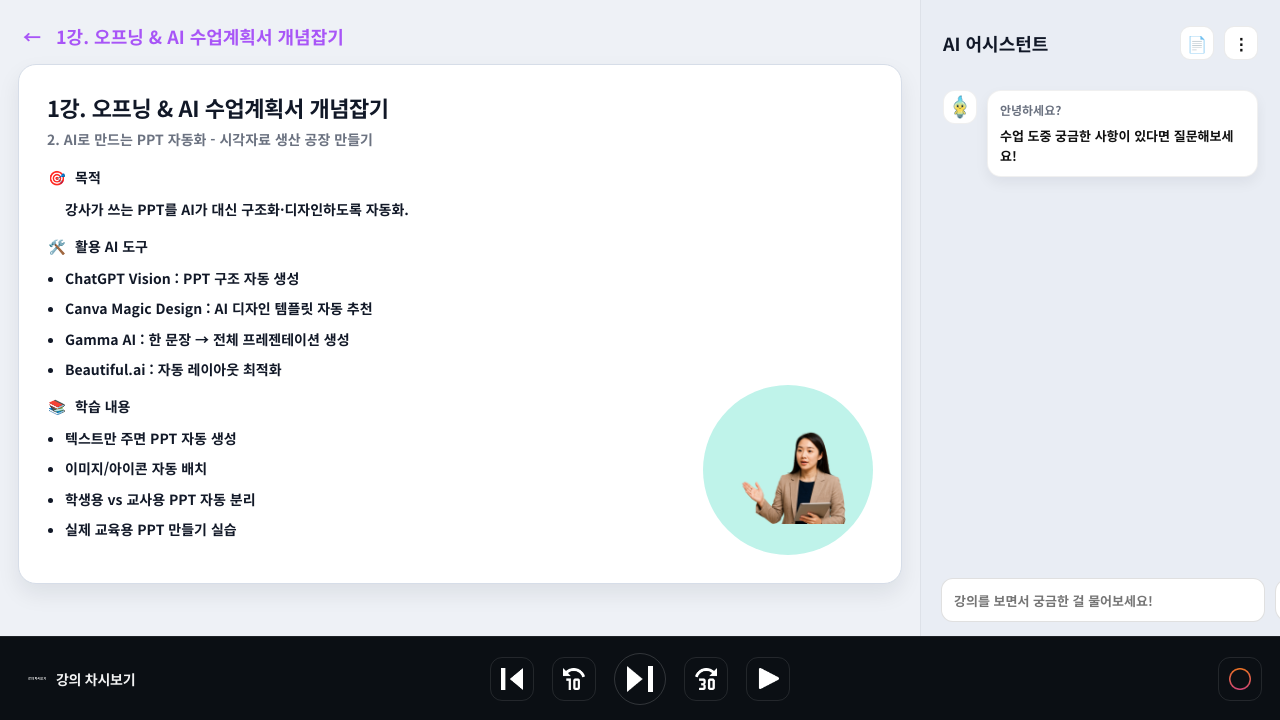
Repository: Iimchaehoon/level_up
Page: player.html
An editor plug-in stored every save of this project. The page is shown before and after the next save, followed by the edit.
The browser window is 1280 px wide. The pictures show the whole page.

Above is the page before, as saved 2025-12-18 21:22:12.

### player.html
<!doctype html>
<html lang="ko">
<head>
  <meta charset="UTF-8" />
  <meta name="viewport" content="width=device-width,initial-scale=1" />
  <title>강의 플레이어 | LEVEL-UP</title>

  <link rel="preconnect" href="https://fonts.googleapis.com" />
  <link rel="preconnect" href="https://fonts.gstatic.com" crossorigin />
  <link href="https://fonts.googleapis.com/css2?family=Noto+Sans+KR:wght@400;500;700;800&display=swap" rel="stylesheet" />

  <style>
    :root{
      --bg:#eef1f6;
      --card:#ffffff;
      --line:#d6dde8;
      --text:#111827;
      --muted:#6b7280;
      --purple:#a855f7;
      --shadow:0 10px 22px rgba(15,23,42,.08);
      --radius:18px;
      --sidebarW:360px;
      --playerH:84px;
    }

    *{ box-sizing:border-box; }
    html,body{ height:100%; }
    body{
      margin:0;
      font-family:"Noto Sans KR",system-ui,-apple-system,BlinkMacSystemFont,"Segoe UI",sans-serif;
      color:var(--text);
      background:var(--bg);
      overflow:hidden; /* 피그마처럼 전체 스크롤 최소화 */
    }
    img{ max-width:100%; display:block; }
    button,input{ font-family:inherit; }
    a{ color:inherit; text-decoration:none; }

    /* ===== 전체 레이아웃 ===== */
    .app{
      height:100vh;
      display:grid;
      grid-template-columns: 1fr var(--sidebarW);
      padding-bottom: var(--playerH); /* 하단 플레이어바 자리 */
    }

    /* ===== 좌측 컨텐츠 ===== */
    .stage{
      position:relative;
      padding:18px 18px 18px 18px;
      overflow:auto;
    }

    .topline{
      display:flex;
      align-items:center;
      gap:10px;
      padding:4px 0 14px;
      color:var(--purple);
      font-weight:800;
      font-size:18px;
    }
    .back{
      width:28px; height:28px;
      border-radius:999px;
      display:grid; place-items:center;
      cursor:pointer;
      user-select:none;
    }
    .back:hover{ background:rgba(168,85,247,.12); }

    .content-card{
      background:var(--card);
      border:1px solid var(--line);
      border-radius: var(--radius);
      box-shadow: var(--shadow);
      padding:26px 28px;
      min-height: 520px;
      position:relative;
    }

    .h1{
      margin:0 0 6px;
      font-size:22px;
      font-weight:900;
      letter-spacing:-0.02em;
    }
    .h2{
      margin:0 0 18px;
      font-size:14px;
      font-weight:700;
      color:var(--muted);
    }

    .sec{
      margin-top:14px;
    }
    .sec-title{
      display:flex;
      align-items:center;
      gap:8px;
      margin:0 0 10px;
      font-weight:900;
      font-size:14px;
    }
    .sec-title .emoji{
      width:20px;
      display:inline-grid;
      place-items:center;
      font-size:14px;
    }
    .bullets{
      margin:0;
      padding-left:18px;
      color:var(--text);
      font-weight:600;
      line-height:1.75;
      font-size:14px;
    }
    .bullets li{ margin:6px 0; }

    /* 우하단 강사 이미지(원형 배경) */
    .teacher-badge{
      position:absolute;
      right:28px;
      bottom:28px;
      width:170px;
      height:170px;
      border-radius:999px;
      background: #bff3ea;
      display:grid;
      place-items:center;
    }
    .teacher-badge img{
      width:145px;
      height:auto;
      transform: translateY(6px);
    }

    /* ===== 우측 AI 어시스턴트 ===== */
    .sidebar{
      background:#e9edf4;
      border-left:1px solid rgba(0,0,0,.05);
      display:flex;
      flex-direction:column;
      padding:16px 14px 14px;
      overflow:hidden;
    }

    .side-head{
      display:flex;
      align-items:center;
      justify-content:space-between;
      padding:10px 8px 12px;
      font-weight:900;
      font-size:18px;
    }
    .side-actions{
      display:flex;
      gap:10px;
      color:#111;
    }
    .iconbtn{
      width:34px;
      height:34px;
      border-radius:10px;
      border:1px solid rgba(0,0,0,.08);
      background:#fff;
      cursor:pointer;
      display:grid;
      place-items:center;
      font-size:16px;
      user-select:none;
    }
    .iconbtn:hover{ background:#f7f8fb; }

    .chat{
      flex:1;
      overflow:auto;
      padding:8px 8px 10px;
    }

    .msg{
      display:flex;
      gap:10px;
      align-items:flex-start;
      margin:10px 0;
    }
    .avatar{
      width:34px;
      height:34px;
      border-radius:12px;
      background:#fff;
      border:1px solid rgba(0,0,0,.06);
      display:grid;
      place-items:center;
      overflow:hidden;
      flex:0 0 auto;
    }
    .avatar img{ width:26px; height:26px; object-fit:contain; }

    .bubble{
      max-width: 92%;
      background:#fff;
      border:1px solid rgba(0,0,0,.06);
      border-radius:14px;
      padding:10px 12px;
      line-height:1.55;
      font-size:13px;
      font-weight:600;
      color:#111;
      box-shadow: 0 6px 14px rgba(15,23,42,.06);
    }
    .bubble .muted{
      color:var(--muted);
      font-weight:700;
      font-size:12px;
      margin-bottom:6px;
      display:block;
    }

    .msg.user{
      justify-content:flex-end;
    }
    .msg.user .bubble{
      background:#111827;
      color:#fff;
      border-color:#111827;
      box-shadow:none;
    }

    .composer{
      padding:10px 6px 0;
      display:flex;
      gap:10px;
      align-items:center;
    }
    .input{
      flex:1;
      height:44px;
      border-radius:12px;
      border:1px solid rgba(0,0,0,.12);
      background:#fff;
      padding:0 12px;
      outline:none;
      font-size:13px;
      font-weight:600;
    }
    .send{
      width:46px;
      height:44px;
      border-radius:14px;
      border:1px solid rgba(0,0,0,.12);
      background:#fff;
      cursor:pointer;
      display:grid;
      place-items:center;
      font-size:18px;
      user-select:none;
    }
    .send:hover{ background:#f7f8fb; }

    /* ===== 하단 플레이어 바 ===== */
    /* ===== 하단 플레이어 바 (조립형) ===== */
.playerbar{
  position:fixed;
  left:0; right:0; bottom:0;
  height: var(--playerH);
  background:#0b0f14;
  z-index:50;
  border-top:1px solid rgba(255,255,255,.08);
  display:flex;
  align-items:center;
  justify-content:center;
}

.pb-inner{
  width: 100%;
  max-width: 1320px;          /* 위 레이아웃 느낌 유지 */
  height: 100%;
  padding: 0 18px;
  display:grid;
  grid-template-columns: 260px 1fr 260px;  /* 좌/중/우 */
  align-items:center;
  gap: 12px;
}

/* 왼쪽 */
.pb-left{
  display:flex;
  align-items:center;
  gap:10px;
  color:#fff;
  background:transparent;
  border:none;
  cursor:pointer;
  padding: 10px 10px;
  border-radius: 10px;
  justify-self:start;
}
.pb-left:hover{ background: rgba(255,255,255,.06); }

.pb-left-text{
  font-weight:800;
  font-size:14px;
  letter-spacing:-0.02em;
  opacity:.95;
}

/* 가운데 버튼들 */
.pb-center{
  display:flex;
  align-items:center;
  justify-content:center;
  gap: 18px;
}

.pb-btn{
  width: 44px;
  height: 44px;
  border-radius: 12px;
  border: 1px solid rgba(255,255,255,.10);
  background: transparent;
  display:grid;
  place-items:center;
  cursor:pointer;
}
.pb-btn:hover{ background: rgba(255,255,255,.06); }
.pb-btn:active{ transform: translateY(1px); }

.pb-btn img{
  width: 22px;
  height: 22px;
  object-fit: contain;
}

/* 재생 버튼만 살짝 강조 */
.pb-play{
  width: 52px;
  height: 52px;
  border-radius: 999px;
  border-color: rgba(255,255,255,.16);
}
.pb-play img{
  width: 26px;
  height: 26px;
}

/* 오른쪽 */
.pb-right{
  display:flex;
  justify-content:flex-end;
  align-items:center;
  gap: 10px;
}
.pb-icon{
  width: 18px;
  height: 18px;
  object-fit:contain;
}

/* 반응형: 좁아지면 좌/우 폭 줄이기 */
@media (max-width: 980px){
  .pb-inner{
    grid-template-columns: 200px 1fr 200px;
  }
}
@media (max-width: 640px){
  .pb-inner{
    grid-template-columns: 150px 1fr 90px;
  }
  .pb-left-text{ display:none; } /* 폰에서 글자 숨김 */
}

    /* 반응형: 좁아지면 사이드 내려가게 */
    @media (max-width: 980px){
      body{ overflow:auto; }
      .app{
        height:auto;
        grid-template-columns: 1fr;
        padding-bottom: var(--playerH);
      }
      .sidebar{
        height: 520px;
      }
    }
  </style>
</head>

<body>
  <div class="app">

    <!-- ===== 좌측 강의 화면 ===== -->
    <section class="stage" aria-label="강의 화면">
      <div class="topline">
        <div class="back" id="backBtn" title="뒤로가기">←</div>
        <div>1강. 오프닝 &amp; AI 수업계획서 개념잡기</div>
      </div>

      <div class="content-card">
        <h1 class="h1">1강. 오프닝 &amp; AI 수업계획서 개념잡기</h1>
        <p class="h2">2. AI로 만드는 PPT 자동화 - 시각자료 생산 공장 만들기</p>

        <div class="sec">
          <p class="sec-title"><span class="emoji">🎯</span> 목적</p>
          <div class="bullets">
            강사가 쓰는 PPT를 AI가 대신 구조화·디자인하도록 자동화.
          </div>
        </div>

        <div class="sec">
          <p class="sec-title"><span class="emoji">🛠️</span> 활용 AI 도구</p>
          <ul class="bullets">
            <li>ChatGPT Vision : PPT 구조 자동 생성</li>
            <li>Canva Magic Design : AI 디자인 템플릿 자동 추천</li>
            <li>Gamma AI : 한 문장 → 전체 프레젠테이션 생성</li>
            <li>Beautiful.ai : 자동 레이아웃 최적화</li>
          </ul>
        </div>

        <div class="sec">
          <p class="sec-title"><span class="emoji">📚</span> 학습 내용</p>
          <ul class="bullets">
            <li>텍스트만 주면 PPT 자동 생성</li>
            <li>이미지/아이콘 자동 배치</li>
            <li>학생용 vs 교사용 PPT 자동 분리</li>
            <li>실제 교육용 PPT 만들기 실습</li>
          </ul>
        </div>

        <!-- 우하단 원형 강사 이미지 -->
        <div class="teacher-badge" aria-hidden="true">
          <img src="./player/image_1917.png" alt="강사" />
        </div>
      </div>
    </section>

    <!-- ===== 우측 AI 어시스턴트 ===== -->
    <aside class="sidebar" aria-label="AI 어시스턴트">
      <div class="side-head">
        <div>AI 어시스턴트</div>
        <div class="side-actions">
          <div class="iconbtn" title="문서">📄</div>
          <div class="iconbtn" title="더보기">⋮</div>
        </div>
      </div>

      <div class="chat" id="chat">
        <div class="msg bot">
          <div class="avatar"><img src="./player/image_1864.png" alt="마스코트" /></div>
          <div class="bubble">
            <span class="muted">안녕하세요?</span>
            수업 도중 궁금한 사항이 있다면 질문해보세요!
          </div>
        </div>
      </div>

      <div class="composer">
        <input id="chatInput" class="input" type="text" placeholder="강의를 보면서 궁금한 걸 물어보세요!" />
        <button id="sendBtn" class="send" type="button" aria-label="전송">➜</button>
      </div>
    </aside>
  </div>

  <!-- ===== 하단 플레이어(이미지 1:1) ===== -->
  <!-- ===== 하단 플레이어(조립형) ===== -->
<div class="playerbar" aria-label="플레이어">
  <div class="pb-inner">
    <!-- 왼쪽: 차시보기 -->
    <button class="pb-left" type="button" aria-label="강의 차시보기">
      <img class="pb-icon" src="./assets/img7.png" alt="" />
      <span class="pb-left-text">강의 차시보기</span>
    </button>

    <!-- 가운데: 재생 컨트롤 -->
    <div class="pb-center" aria-label="재생 컨트롤">
      <button class="pb-btn" type="button" aria-label="이전">
        <img src="./assets/img4.png" alt="" />
      </button>

      <button class="pb-btn" type="button" aria-label="10초 뒤로">
        <img src="./assets/img2.png" alt="" />
      </button>

      <button class="pb-btn pb-play" type="button" aria-label="재생/일시정지">
        <img src="./assets/img3.png" alt="" />
      </button>

      <button class="pb-btn" type="button" aria-label="30초 앞으로">
        <img src="./assets/img6.png" alt="" />
      </button>

      <button class="pb-btn" type="button" aria-label="다음">
        <img src="./assets/img5.png" alt="" />
      </button>
    </div>

    <!-- 오른쪽: (피그마 캡처에 맞춰 아이콘만 자리 확보)
         img1 원형 아이콘을 “더보기/설정” 같은 자리로 쓰는 용도 -->
    <div class="pb-right" aria-label="추가 메뉴">
      <button class="pb-btn" type="button" aria-label="메뉴">
        <img src="./assets/img1.png" alt="" />
      </button>
    </div>
  </div>
</div>


  <script>
    // ===== 뒤로가기(나의 강의로) =====
    document.getElementById("backBtn").addEventListener("click", () => {
      // 네 파일명이 my_lecture.html 이면 그대로, 다르면 수정
      window.location.href = "my_lecture.html";
    });

    // ===== 간단 AI Q&A (수업/강의 관련 키워드 기반) =====
    const chat = document.getElementById("chat");
    const input = document.getElementById("chatInput");
    const sendBtn = document.getElementById("sendBtn");

    // "강의 내용" 기반으로만 답하도록 룰을 잡아줌 (원하는대로 문구 변경 가능)
    function answer(text){
      const t = (text || "").trim().toLowerCase();

      // 빈값
      if(!t) return "질문을 입력해줘! 예: “오늘 강의 목적이 뭐야?”";

      // 범용
      if (t.includes("목적") || t.includes("왜") || t.includes("무슨 목적")) {
        return "이 파트의 목적은 **강사가 쓰는 PPT를 AI가 대신 구조화·디자인하도록 자동화**하는 거야.";
      }
      if (t.includes("도구") || t.includes("툴") || t.includes("사용") || t.includes("뭐로")) {
        return "활용 도구는 **ChatGPT Vision / Canva Magic Design / Gamma AI / Beautiful.ai**야.";
      }
      if (t.includes("chatgpt")) {
        return "ChatGPT Vision은 **PPT 구조(목차/슬라이드 흐름/핵심요약)**을 자동으로 잡아주는 데 좋아.";
      }
      if (t.includes("canva")) {
        return "Canva Magic Design은 **템플릿/레이아웃 추천**으로 디자인 시간을 확 줄여줘.";
      }
      if (t.includes("gamma")) {
        return "Gamma AI는 **한 문장만 줘도 전체 프레젠테이션**을 빠르게 만들어주는 쪽에 강해.";
      }
      if (t.includes("beautiful")) {
        return "Beautiful.ai는 **자동 레이아웃 정렬/정돈**이 강점이라 발표자료 마감 직전에 특히 유용해.";
      }
      if (t.includes("학습") || t.includes("배우는") || t.includes("내용")) {
        return "학습 내용은 **텍스트→PPT 자동 생성 / 이미지·아이콘 자동 배치 / 학생용·교사용 분리 / 교육용 PPT 만들기 실습**이야.";
      }
      if (t.includes("학생") || t.includes("교사용") || t.includes("분리")) {
        return "학생용/교사용 분리는 **표현 난이도·설명량·정답/해설 포함 여부**를 기준으로 AI에게 역할을 나눠서 생성시키면 돼.";
      }
      if (t.includes("질문") || t.includes("프롬프트") || t.includes("예시")) {
        return "예시 프롬프트: “중3 대상 45분 수업, 주제는 OOO. 학생용 10장/교사용 10장으로 나눠서 슬라이드 구조와 핵심 문장, 이미지 아이디어까지 제안해줘.”";
      }

      // 범위 밖 질문 필터(원하면 삭제 가능)
      if (t.includes("정치") || t.includes("주식") || t.includes("날씨")) {
        return "지금은 **수업/강의 관련 질문**에만 답변할 수 있어. 강의 내용으로 질문해줘!";
      }

      // 기본 응답
      return "좋아. 질문을 조금만 더 구체적으로 말해줘! (예: “이번 파트에서 어떤 도구를 쓰는지”, “학습 내용 요약” 등)";
    }

    function addMsg(role, text){
      const row = document.createElement("div");
      row.className = "msg " + (role === "user" ? "user" : "bot");

      if(role !== "user"){
        const av = document.createElement("div");
        av.className = "avatar";
        const img = document.createElement("img");
        img.src = "./player/image_1864.png";
        img.alt = "마스코트";
        av.appendChild(img);

        const bubble = document.createElement("div");
        bubble.className = "bubble";
        bubble.innerHTML = text;

        row.appendChild(av);
        row.appendChild(bubble);
      }else{
        const bubble = document.createElement("div");
        bubble.className = "bubble";
        bubble.textContent = text;
        row.appendChild(bubble);
      }

      chat.appendChild(row);
      chat.scrollTop = chat.scrollHeight;
    }

    function send(){
      const q = input.value.trim();
      if(!q) return;

      addMsg("user", q);
      input.value = "";

      // 살짝 딜레이로 자연스럽게
      setTimeout(() => {
        const a = answer(q);
        addMsg("bot", a);
      }, 250);
    }

    sendBtn.addEventListener("click", send);
    input.addEventListener("keydown", (e) => {
      if(e.key === "Enter") send();
    });
  </script>
</body>
</html>

After the next save:
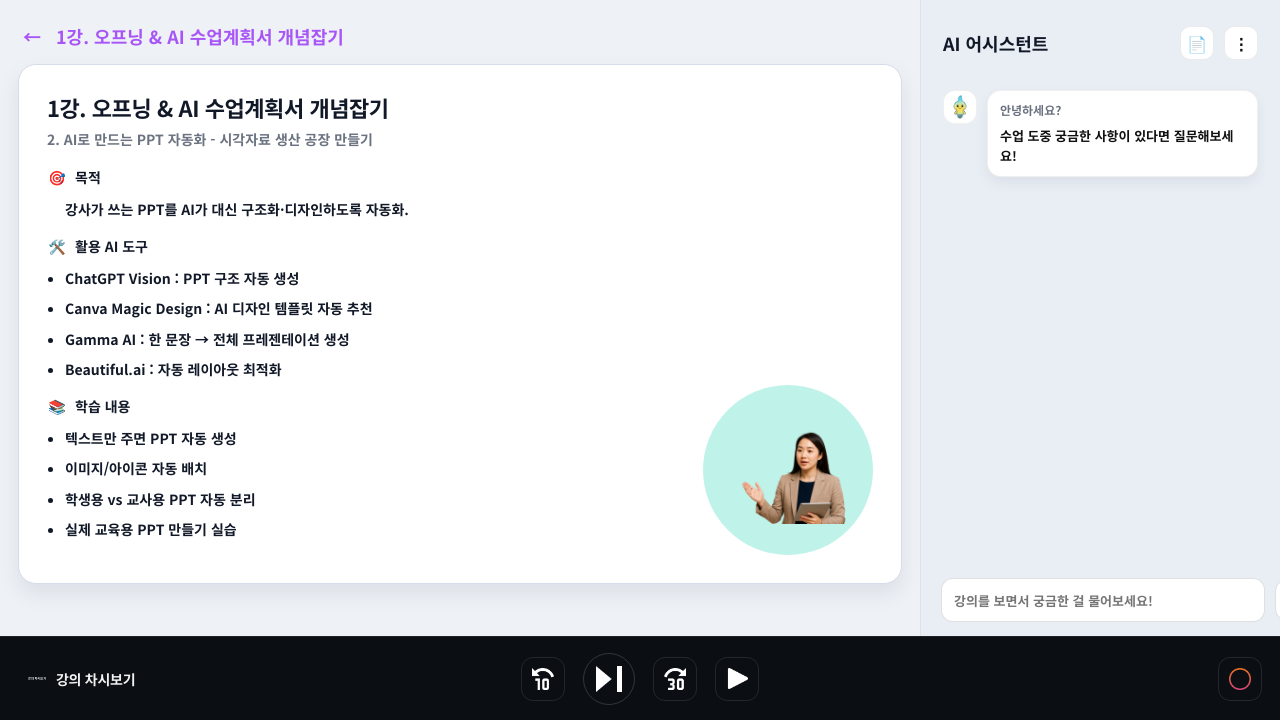
Saved 69 s later.
--- a/player.html
+++ b/player.html
@@ -474,9 +474,7 @@
 
     <!-- 가운데: 재생 컨트롤 -->
     <div class="pb-center" aria-label="재생 컨트롤">
-      <button class="pb-btn" type="button" aria-label="이전">
-        <img src="./assets/img4.png" alt="" />
-      </button>
+
 
       <button class="pb-btn" type="button" aria-label="10초 뒤로">
         <img src="./assets/img2.png" alt="" />

After the save that followed:
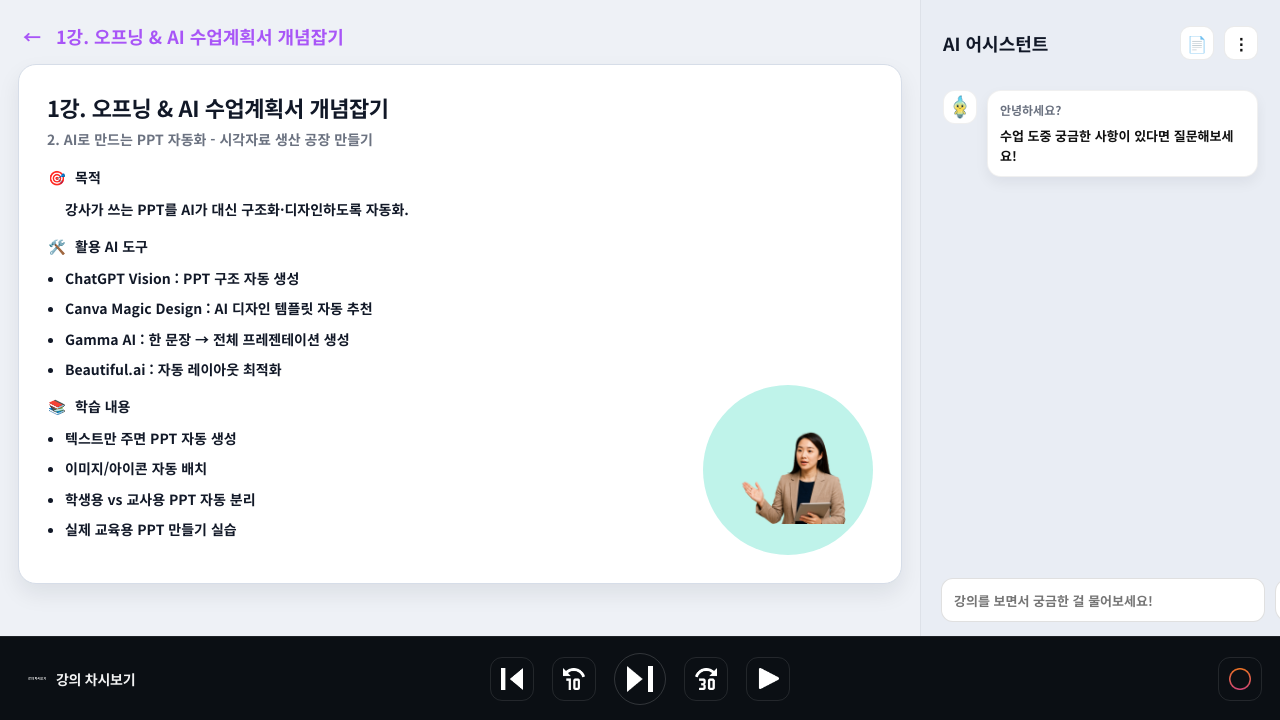
Saved 10 s later.
--- a/player.html
+++ b/player.html
@@ -474,7 +474,9 @@
 
     <!-- 가운데: 재생 컨트롤 -->
     <div class="pb-center" aria-label="재생 컨트롤">
-
+      <button class="pb-btn" type="button" aria-label="이전">
+        <img src="./assets/img4.png" alt="" />
+      </button>
 
       <button class="pb-btn" type="button" aria-label="10초 뒤로">
         <img src="./assets/img2.png" alt="" />
